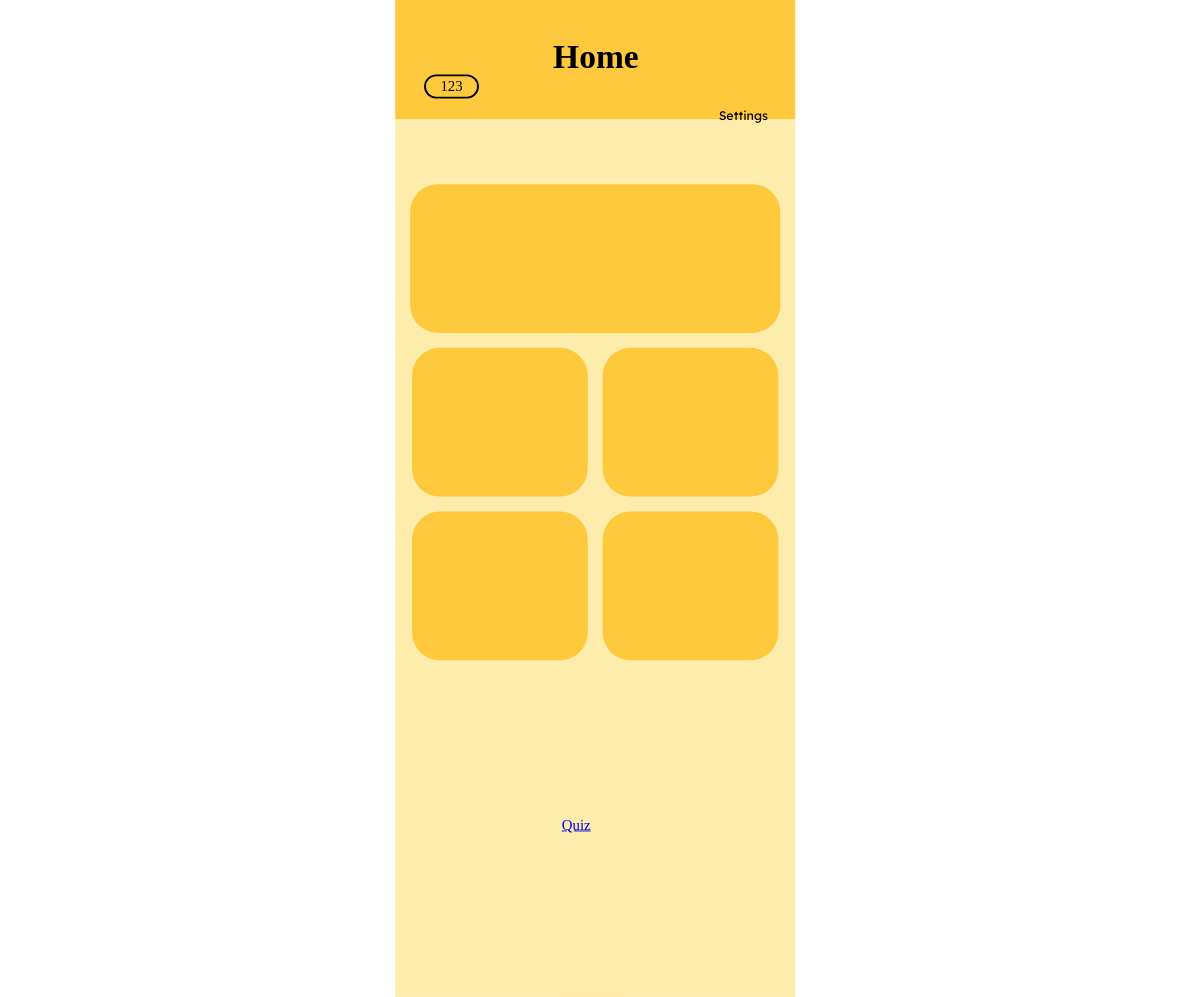
Repository: kellyzyhuang/HiveFive
Page: /
These files come from the project's save history. The page is drawn as it stood at one moment and after a run of saves; the edit follows.
The browser window is 1280 px wide. The page is 1282 px wide, so the pictures cover 1282 px, including what lies to the right of the window. The pictures show the whole page, at 93% of full size.
Some web fonts or font styles are not loaded; a fallback is used. The project was rebuilt for these pictures with package versions that can differ from the ones it lists, and the page was loaded fresh each time. The framework's server and built-in components were replaced by stand-ins that run in the browser. Also part of the build but not shown: next.config.js.

Above is the page before, as saved 2024-04-07 19:15:36.

After the next 2 saves:
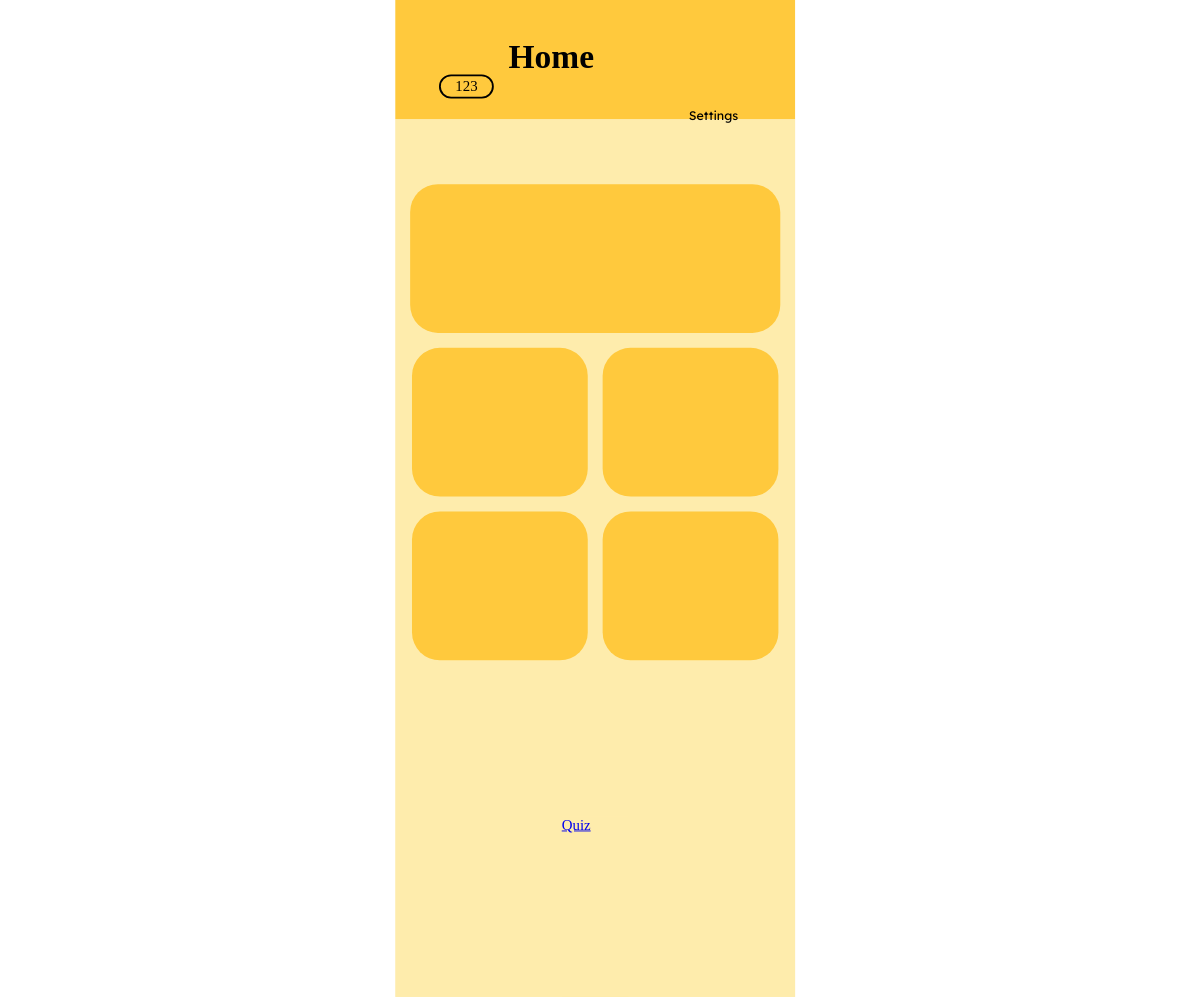
The 2 saves are shown as one change because they came seconds apart.
The last was saved 20 s later.
--- a/components/Header/Header.module.css
+++ b/components/Header/Header.module.css
@@ -26,7 +26,7 @@
   width: 3rem;
   height: 1rem;
   padding: 0.2rem;
-  margin-right: 5rem;
+  margin-right: 1rem;
   border-radius: 20px;
   background-color: none;
   display: flex;
